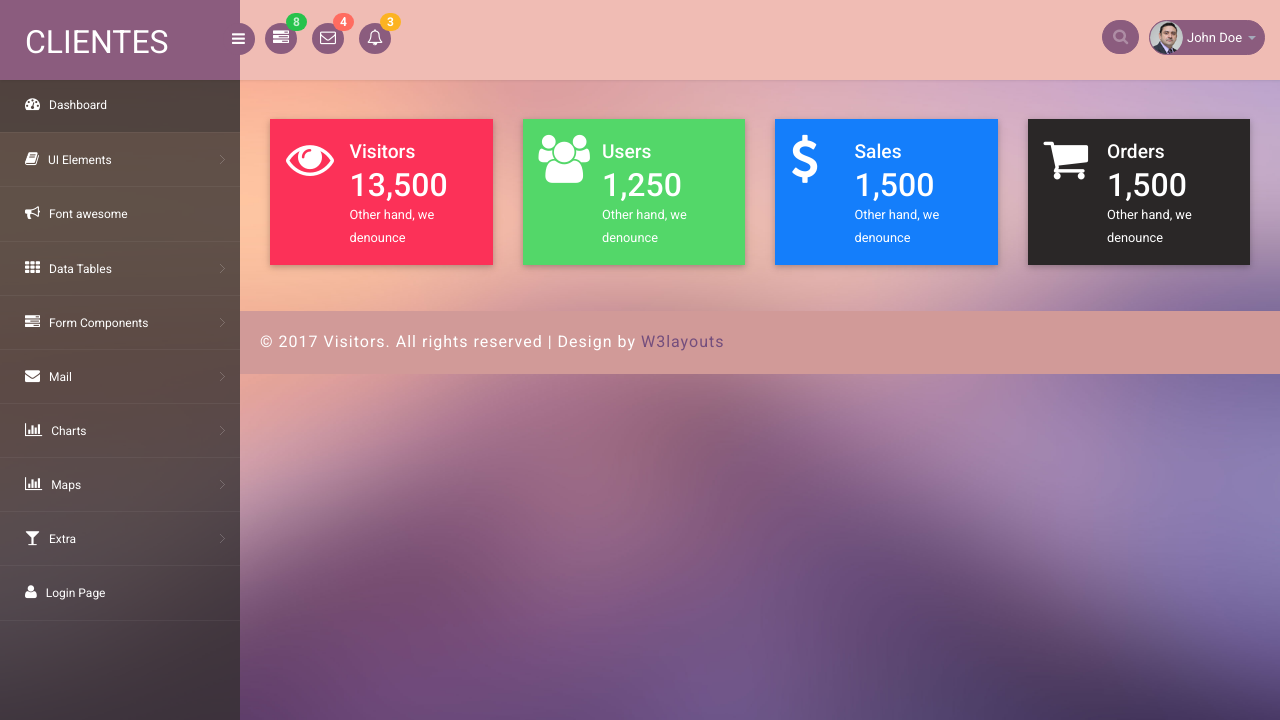
Repository: leysi0/Finanzas_pagina_web
Page: FinanzasPagina/src/main/resources/static/index.html
These files come from the project's save history. The page is drawn as it stood at one moment and after the next save; the edit follows.
The browser window is 1280 px wide. The pictures show the whole page.

Above is the page before, as saved 2020-11-14 13:27:23.
Console error (its wording comes from the project's code and is left out).

### FinanzasPagina/src/main/resources/static/index.html
<!--A Design by W3layouts
Author: W3layout
Author URL: http://w3layouts.com
License: Creative Commons Attribution 3.0 Unported
License URL: http://creativecommons.org/licenses/by/3.0/
-->
<!DOCTYPE html>
<head>
<title>NOMBRE DE LA APLICACION</title>
<meta name="viewport" content="width=device-width, initial-scale=1">
<meta http-equiv="Content-Type" content="text/html; charset=utf-8" />
<meta name="keywords" content="Visitors Responsive web template, Bootstrap Web Templates, Flat Web Templates, Android Compatible web template,
Smartphone Compatible web template, free webdesigns for Nokia, Samsung, LG, SonyEricsson, Motorola web design" />
<script type="application/x-javascript"> addEventListener("load", function() { setTimeout(hideURLbar, 0); }, false); function hideURLbar(){ window.scrollTo(0,1); } </script>
<!-- bootstrap-css -->
<link rel="stylesheet" href="css/bootstrap.min.css" >
<!-- //bootstrap-css -->
<!-- Custom CSS -->
<link href="css/style.css" rel='stylesheet' type='text/css' />
<link href="css/style-responsive.css" rel="stylesheet"/>
<!-- font CSS -->
<link href='//fonts.googleapis.com/css?family=Roboto:400,100,100italic,300,300italic,400italic,500,500italic,700,700italic,900,900italic' rel='stylesheet' type='text/css'>
<!-- font-awesome icons -->
<link rel="stylesheet" href="css/font.css" type="text/css"/>
<link href="css/font-awesome.css" rel="stylesheet">
<link rel="stylesheet" href="css/morris.css" type="text/css"/>
<!-- calendar -->
<link rel="stylesheet" href="css/monthly.css">
<!-- //calendar -->
<!-- //font-awesome icons -->
<script src="js/jquery2.0.3.min.js"></script>
<script src="js/raphael-min.js"></script>
<script src="js/morris.js"></script>
</head>
<body>
<section id="container">
<!--header start-->
<header class="header fixed-top clearfix">
<!--logo start-->
<div class="brand">
    <a href="index.html" class="logo">
        CLIENTES
    </a>
    <div class="sidebar-toggle-box">
        <div class="fa fa-bars"></div>
    </div>
</div>
<!--logo end-->
<div class="nav notify-row" id="top_menu">
    <!--  notification start -->
    <ul class="nav top-menu">
        <!-- settings start -->
        <li class="dropdown">
            <a data-toggle="dropdown" class="dropdown-toggle" href="#">
                <i class="fa fa-tasks"></i>
                <span class="badge bg-success">8</span>
            </a>
            <ul class="dropdown-menu extended tasks-bar">
                <li>
                    <p class="">You have 8 pending tasks</p>
                </li>
                <li>
                    <a href="#">
                        <div class="task-info clearfix">
                            <div class="desc pull-left">
                                <h5>Target Sell</h5>
                                <p>25% , Deadline  12 June’13</p>
                            </div>
                                    <span class="notification-pie-chart pull-right" data-percent="45">
                            <span class="percent"></span>
                            </span>
                        </div>
                    </a>
                </li>
                <li>
                    <a href="#">
                        <div class="task-info clearfix">
                            <div class="desc pull-left">
                                <h5>Product Delivery</h5>
                                <p>45% , Deadline  12 June’13</p>
                            </div>
                                    <span class="notification-pie-chart pull-right" data-percent="78">
                            <span class="percent"></span>
                            </span>
                        </div>
                    </a>
                </li>
                <li>
                    <a href="#">
                        <div class="task-info clearfix">
                            <div class="desc pull-left">
                                <h5>Payment collection</h5>
                                <p>87% , Deadline  12 June’13</p>
                            </div>
                                    <span class="notification-pie-chart pull-right" data-percent="60">
                            <span class="percent"></span>
                            </span>
                        </div>
                    </a>
                </li>
                <li>
                    <a href="#">
                        <div class="task-info clearfix">
                            <div class="desc pull-left">
                                <h5>Target Sell</h5>
                                <p>33% , Deadline  12 June’13</p>
                            </div>
                                    <span class="notification-pie-chart pull-right" data-percent="90">
                            <span class="percent"></span>
                            </span>
                        </div>
                    </a>
                </li>

                <li class="external">
                    <a href="#">See All Tasks</a>
                </li>
            </ul>
        </li>
        <!-- settings end -->
        <!-- inbox dropdown start-->
        <li id="header_inbox_bar" class="dropdown">
            <a data-toggle="dropdown" class="dropdown-toggle" href="#">
                <i class="fa fa-envelope-o"></i>
                <span class="badge bg-important">4</span>
            </a>
            <ul class="dropdown-menu extended inbox">
                <li>
                    <p class="red">You have 4 Mails</p>
                </li>
                <li>
                    <a href="#">
                        <span class="photo"><img alt="avatar" src="images/3.png"></span>
                                <span class="subject">
                                <span class="from">Jonathan Smith</span>
                                <span class="time">Just now</span>
                                </span>
                                <span class="message">
                                    Hello, this is an example msg.
                                </span>
                    </a>
                </li>
                <li>
                    <a href="#">
                        <span class="photo"><img alt="avatar" src="images/1.png"></span>
                                <span class="subject">
                                <span class="from">Jane Doe</span>
                                <span class="time">2 min ago</span>
                                </span>
                                <span class="message">
                                    Nice admin template
                                </span>
                    </a>
                </li>
                <li>
                    <a href="#">
                        <span class="photo"><img alt="avatar" src="images/3.png"></span>
                                <span class="subject">
                                <span class="from">Tasi sam</span>
                                <span class="time">2 days ago</span>
                                </span>
                                <span class="message">
                                    This is an example msg.
                                </span>
                    </a>
                </li>
                <li>
                    <a href="#">
                        <span class="photo"><img alt="avatar" src="images/2.png"></span>
                                <span class="subject">
                                <span class="from">Mr. Perfect</span>
                                <span class="time">2 hour ago</span>
                                </span>
                                <span class="message">
                                    Hi there, its a test
                                </span>
                    </a>
                </li>
                <li>
                    <a href="#">See all messages</a>
                </li>
            </ul>
        </li>
        <!-- inbox dropdown end -->
        <!-- notification dropdown start-->
        <li id="header_notification_bar" class="dropdown">
            <a data-toggle="dropdown" class="dropdown-toggle" href="#">

                <i class="fa fa-bell-o"></i>
                <span class="badge bg-warning">3</span>
            </a>
            <ul class="dropdown-menu extended notification">
                <li>
                    <p>Notifications</p>
                </li>
                <li>
                    <div class="alert alert-info clearfix">
                        <span class="alert-icon"><i class="fa fa-bolt"></i></span>
                        <div class="noti-info">
                            <a href="#"> Server #1 overloaded.</a>
                        </div>
                    </div>
                </li>
                <li>
                    <div class="alert alert-danger clearfix">
                        <span class="alert-icon"><i class="fa fa-bolt"></i></span>
                        <div class="noti-info">
                            <a href="#"> Server #2 overloaded.</a>
                        </div>
                    </div>
                </li>
                <li>
                    <div class="alert alert-success clearfix">
                        <span class="alert-icon"><i class="fa fa-bolt"></i></span>
                        <div class="noti-info">
                            <a href="#"> Server #3 overloaded.</a>
                        </div>
                    </div>
                </li>

            </ul>
        </li>
        <!-- notification dropdown end -->
    </ul>
    <!--  notification end -->
</div>
<div class="top-nav clearfix">
    <!--search & user info start-->
    <ul class="nav pull-right top-menu">
        <li>
            <input type="text" class="form-control search" placeholder=" Search">
        </li>
        <!-- user login dropdown start-->
        <li class="dropdown">
            <a data-toggle="dropdown" class="dropdown-toggle" href="#">
                <img alt="" src="images/2.png">
                <span class="username">John Doe</span>
                <b class="caret"></b>
            </a>
            <ul class="dropdown-menu extended logout">
                <li><a href="#"><i class=" fa fa-suitcase"></i>Profile</a></li>
                <li><a href="#"><i class="fa fa-cog"></i> Settings</a></li>
                <li><a href="login.html"><i class="fa fa-key"></i> Log Out</a></li>
            </ul>
        </li>
        <!-- user login dropdown end -->

    </ul>
    <!--search & user info end-->
</div>
</header>
<!--header end-->
<!--sidebar start-->
<aside>
    <div id="sidebar" class="nav-collapse">
        <!-- sidebar menu start-->
        <div class="leftside-navigation">
            <ul class="sidebar-menu" id="nav-accordion">
                <li>
                    <a class="active" href="index.html">
                        <i class="fa fa-dashboard"></i>
                        <span>Dashboard</span>
                    </a>
                </li>

                <li class="sub-menu">
                    <a href="javascript:;">
                        <i class="fa fa-book"></i>
                        <span>UI Elements</span>
                    </a>
                    <ul class="sub">
						<li><a href="typography.html">Typography</a></li>
						<li><a href="glyphicon.html">glyphicon</a></li>
                        <li><a href="grids.html">Grids</a></li>
                    </ul>
                </li>
                <li>
                    <a href="fontawesome.html">
                        <i class="fa fa-bullhorn"></i>
                        <span>Font awesome </span>
                    </a>
                </li>
                <li class="sub-menu">
                    <a href="javascript:;">
                        <i class="fa fa-th"></i>
                        <span>Data Tables</span>
                    </a>
                    <ul class="sub">
                        <li><a href="basic_table.html">Basic Table</a></li>
                        <li><a href="responsive_table.html">Responsive Table</a></li>
                    </ul>
                </li>
                <li class="sub-menu">
                    <a href="javascript:;">
                        <i class="fa fa-tasks"></i>
                        <span>Form Components</span>
                    </a>
                    <ul class="sub">
                        <li><a href="form_component.html">Form Elements</a></li>
                        <li><a href="form_validation.html">Form Validation</a></li>
						<li><a href="dropzone.html">Dropzone</a></li>
                    </ul>
                </li>
                <li class="sub-menu">
                    <a href="javascript:;">
                        <i class="fa fa-envelope"></i>
                        <span>Mail </span>
                    </a>
                    <ul class="sub">
                        <li><a href="mail.html">Inbox</a></li>
                        <li><a href="mail_compose.html">Compose Mail</a></li>
                    </ul>
                </li>
                <li class="sub-menu">
                    <a href="javascript:;">
                        <i class=" fa fa-bar-chart-o"></i>
                        <span>Charts</span>
                    </a>
                    <ul class="sub">
                        <li><a href="chartjs.html">Chart js</a></li>
                        <li><a href="flot_chart.html">Flot Charts</a></li>
                    </ul>
                </li>
                <li class="sub-menu">
                    <a href="javascript:;">
                        <i class=" fa fa-bar-chart-o"></i>
                        <span>Maps</span>
                    </a>
                    <ul class="sub">
                        <li><a href="google_map.html">Google Map</a></li>
                        <li><a href="vector_map.html">Vector Map</a></li>
                    </ul>
                </li>
                <li class="sub-menu">
                    <a href="javascript:;">
                        <i class="fa fa-glass"></i>
                        <span>Extra</span>
                    </a>
                    <ul class="sub">
                        <li><a href="gallery.html">Gallery</a></li>
						<li><a href="404.html">404 Error</a></li>
                        <li><a href="registration.html">Registration</a></li>
                    </ul>
                </li>
                <li>
                    <a href="login.html">
                        <i class="fa fa-user"></i>
                        <span>Login Page</span>
                    </a>
                </li>
            </ul>            </div>
        <!-- sidebar menu end-->
    </div>
</aside>
<!--sidebar end-->
<!--main content start-->
<section id="main-content">
	<section class="wrapper">
		<!-- //market-->
		<div class="market-updates">
			<div class="col-md-3 market-update-gd">
				<div class="market-update-block clr-block-2">
					<div class="col-md-4 market-update-right">
						<i class="fa fa-eye"> </i>
					</div>
					 <div class="col-md-8 market-update-left">
					 <h4>Visitors</h4>
					<h3>13,500</h3>
					<p>Other hand, we denounce</p>
				  </div>
				  <div class="clearfix"> </div>
				</div>
			</div>
			<div class="col-md-3 market-update-gd">
				<div class="market-update-block clr-block-1">
					<div class="col-md-4 market-update-right">
						<i class="fa fa-users" ></i>
					</div>
					<div class="col-md-8 market-update-left">
					<h4>Users</h4>
						<h3>1,250</h3>
						<p>Other hand, we denounce</p>
					</div>
				  <div class="clearfix"> </div>
				</div>
			</div>
			<div class="col-md-3 market-update-gd">
				<div class="market-update-block clr-block-3">
					<div class="col-md-4 market-update-right">
						<i class="fa fa-usd"></i>
					</div>
					<div class="col-md-8 market-update-left">
						<h4>Sales</h4>
						<h3>1,500</h3>
						<p>Other hand, we denounce</p>
					</div>
				  <div class="clearfix"> </div>
				</div>
			</div>
			<div class="col-md-3 market-update-gd">
				<div class="market-update-block clr-block-4">
					<div class="col-md-4 market-update-right">
						<i class="fa fa-shopping-cart" aria-hidden="true"></i>
					</div>
					<div class="col-md-8 market-update-left">
						<h4>Orders</h4>
						<h3>1,500</h3>
						<p>Other hand, we denounce</p>
					</div>
				  <div class="clearfix"> </div>
				</div>
			</div>
		   <div class="clearfix"> </div>
		</div>
		<!-- //market-->
			<!-- tasks -->
		<!-- //tasks -->
</section>
 <!-- footer -->
		  <div class="footer">
			<div class="wthree-copyright">
			  <p>© 2017 Visitors. All rights reserved | Design by <a href="http://w3layouts.com">W3layouts</a></p>
			</div>
		  </div>
  <!-- / footer -->
</section>
<!--main content end-->
</section>
<script src="js/bootstrap.js"></script>
<script src="js/jquery.dcjqaccordion.2.7.js"></script>
<script src="js/scripts.js"></script>
<script src="js/jquery.slimscroll.js"></script>
<script src="js/jquery.nicescroll.js"></script>
<!--[if lte IE 8]><script language="javascript" type="text/javascript" src="js/flot-chart/excanvas.min.js"></script><![endif]-->
<script src="js/jquery.scrollTo.js"></script>
<!-- morris JavaScript -->
<script>
	$(document).ready(function() {
		//BOX BUTTON SHOW AND CLOSE
	   jQuery('.small-graph-box').hover(function() {
		  jQuery(this).find('.box-button').fadeIn('fast');
	   }, function() {
		  jQuery(this).find('.box-button').fadeOut('fast');
	   });
	   jQuery('.small-graph-box .box-close').click(function() {
		  jQuery(this).closest('.small-graph-box').fadeOut(200);
		  return false;
	   });

	    //CHARTS
	    function gd(year, day, month) {
			return new Date(year, month - 1, day).getTime();
		}

		graphArea2 = Morris.Area({
			element: 'hero-area',
			padding: 10,
        behaveLikeLine: true,
        gridEnabled: false,
        gridLineColor: '#dddddd',
        axes: true,
        resize: true,
        smooth:true,
        pointSize: 0,
        lineWidth: 0,
        fillOpacity:0.85,
			data: [
				{period: '2015 Q1', iphone: 2668, ipad: null, itouch: 2649},
				{period: '2015 Q2', iphone: 15780, ipad: 13799, itouch: 12051},
				{period: '2015 Q3', iphone: 12920, ipad: 10975, itouch: 9910},
				{period: '2015 Q4', iphone: 8770, ipad: 6600, itouch: 6695},
				{period: '2016 Q1', iphone: 10820, ipad: 10924, itouch: 12300},
				{period: '2016 Q2', iphone: 9680, ipad: 9010, itouch: 7891},
				{period: '2016 Q3', iphone: 4830, ipad: 3805, itouch: 1598},
				{period: '2016 Q4', iphone: 15083, ipad: 8977, itouch: 5185},
				{period: '2017 Q1', iphone: 10697, ipad: 4470, itouch: 2038},

			],
			lineColors:['#eb6f6f','#926383','#eb6f6f'],
			xkey: 'period',
            redraw: true,
            ykeys: ['iphone', 'ipad', 'itouch'],
            labels: ['All Visitors', 'Returning Visitors', 'Unique Visitors'],
			pointSize: 2,
			hideHover: 'auto',
			resize: true
		});


	});
	</script>
<!-- calendar -->
	<script type="text/javascript" src="js/monthly.js"></script>
	<script type="text/javascript">
		$(window).load( function() {

			$('#mycalendar').monthly({
				mode: 'event',

			});

			$('#mycalendar2').monthly({
				mode: 'picker',
				target: '#mytarget',
				setWidth: '250px',
				startHidden: true,
				showTrigger: '#mytarget',
				stylePast: true,
				disablePast: true
			});

		switch(window.location.protocol) {
		case 'http:':
		case 'https:':
		// running on a server, should be good.
		break;
		case 'file:':
		alert('Just a heads-up, events will not work when run locally.');
		}

		});
	</script>
	<!-- //calendar -->
</body>
</html>

Loaded but not shown: FinanzasPagina/src/main/resources/static/css/bootstrap.min.css (library); FinanzasPagina/src/main/resources/static/css/font.css (library); FinanzasPagina/src/main/resources/static/css/font-awesome.css (library); FinanzasPagina/src/main/resources/static/css/morris.css (common file); FinanzasPagina/src/main/resources/static/js/jquery2.0.3.min.js (library); FinanzasPagina/src/main/resources/static/js/raphael-min.js (library); FinanzasPagina/src/main/resources/static/js/morris.js (library); FinanzasPagina/src/main/resources/static/js/bootstrap.js (library); FinanzasPagina/src/main/resources/static/js/jquery.dcjqaccordion.2.7.js (library); FinanzasPagina/src/main/resources/static/js/jquery.slimscroll.js (library); FinanzasPagina/src/main/resources/static/js/jquery.nicescroll.js (library); FinanzasPagina/src/main/resources/static/js/jquery.scrollTo.js (library); FinanzasPagina/src/main/resources/static/js/monthly.js (386 lines, source omitted); FinanzasPagina/src/main/resources/static/js/scripts.js (290 lines, source omitted); FinanzasPagina/src/main/resources/static/css/style.css (3146 lines, source omitted); FinanzasPagina/src/main/resources/static/css/monthly.css (446 lines, source omitted); FinanzasPagina/src/main/resources/static/css/style-responsive.css (331 lines, source omitted)

After the next save:
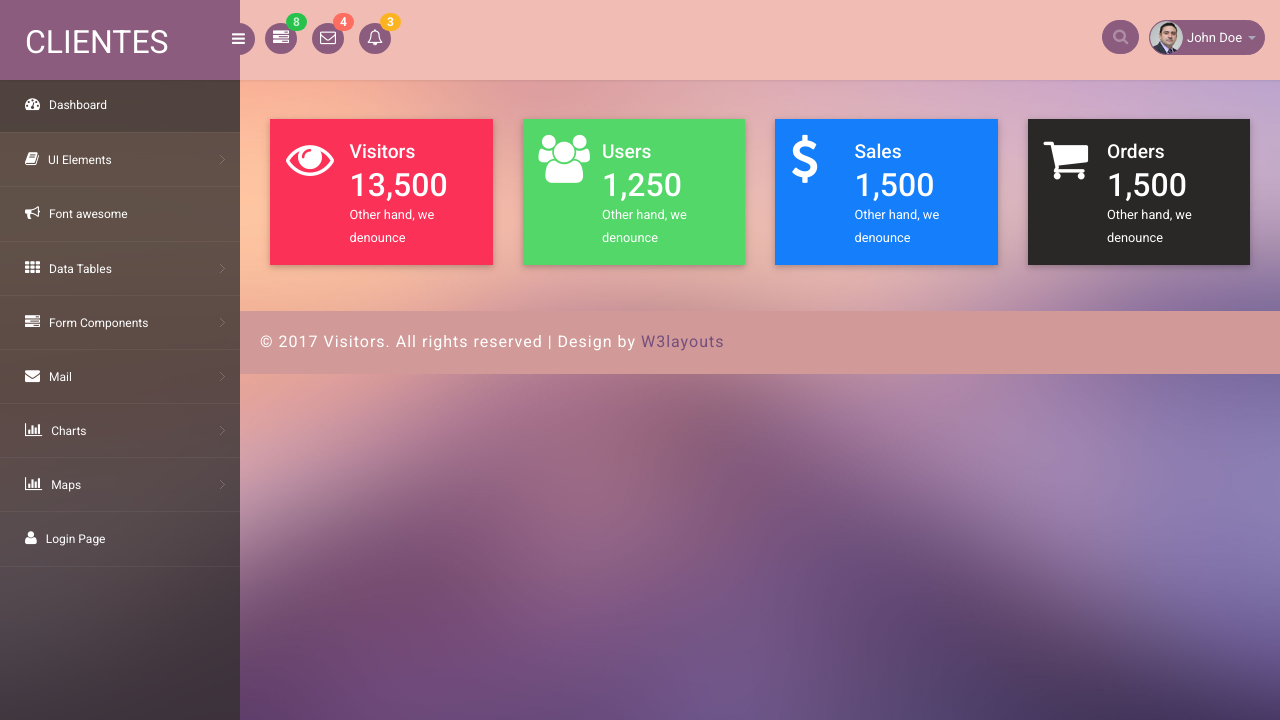
Saved 11 min 5 s later.
--- a/FinanzasPagina/src/main/resources/static/index.html
+++ b/FinanzasPagina/src/main/resources/static/index.html
@@ -331,17 +331,6 @@ Smartphone Compatible web template, free webdesigns for Nokia, Samsung, LG, Sony
                         <li><a href="vector_map.html">Vector Map</a></li>
                     </ul>
                 </li>
-                <li class="sub-menu">
-                    <a href="javascript:;">
-                        <i class="fa fa-glass"></i>
-                        <span>Extra</span>
-                    </a>
-                    <ul class="sub">
-                        <li><a href="gallery.html">Gallery</a></li>
-						<li><a href="404.html">404 Error</a></li>
-                        <li><a href="registration.html">Registration</a></li>
-                    </ul>
-                </li>
                 <li>
                     <a href="login.html">
                         <i class="fa fa-user"></i>
